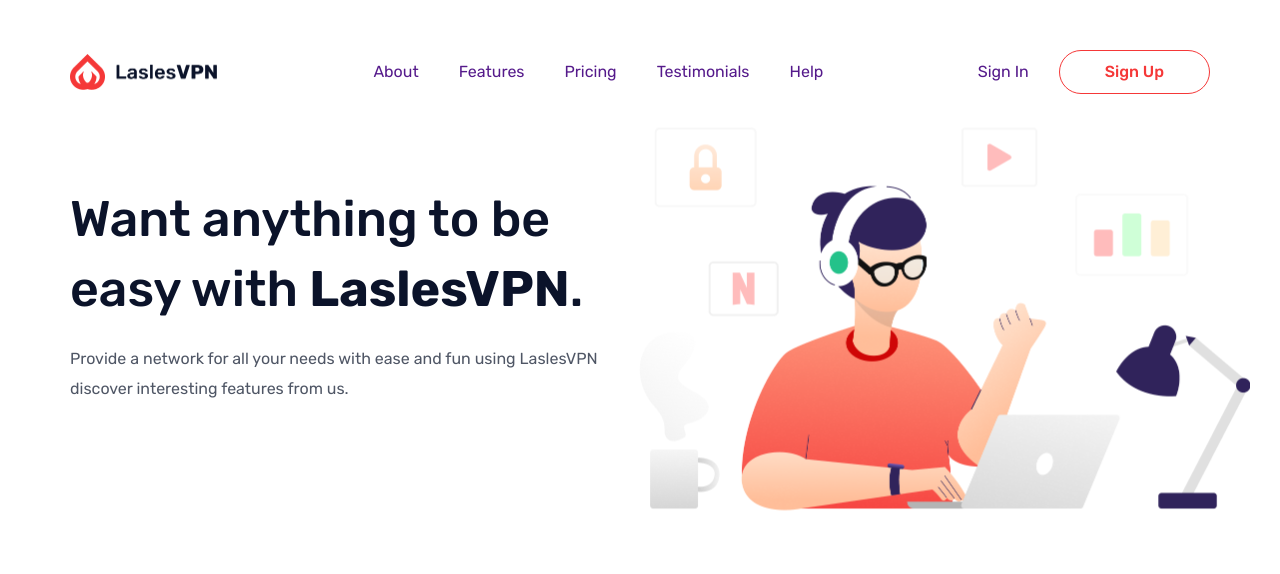
Repository: dangpham205/LaslesVPN-Landing-Page
Page: index.html
The author's editor kept a copy of each file at every save. The page is drawn from the files as they stood at one save, then again after the next save.
The browser window is 1280 px wide. The pictures show the whole page.

Above is the page before, as saved 2022-07-19 19:47:46.

### index.html
<!DOCTYPE html>
<html lang="en">
<head>
    <meta charset="UTF-8">
    <meta http-equiv="X-UA-Compatible" content="IE=edge">
    <meta name="viewport" content="width=device-width, initial-scale=1.0">
    <title>Lasles</title>
    <link rel="preconnect" href="https://fonts.googleapis.com" />
    <link rel="preconnect" href="https://fonts.gstatic.com" crossorigin />
    <link
      href="https://fonts.googleapis.com/css2?family=Rubik:wght@400;500;700&display=swap"
      rel="stylesheet"
    />
    <link rel="stylesheet" href="./assets/css/style.css">
</head>
<body>
    <div class="wrapper">

        <!-- Menu -->
        <header class="menu">
            <div class="container">
                <div class="menu__container">
                    <img srcset="./assets/img/logo.png 2x" alt="" class="menu__logo" />
                    <div class="menu__list">
                        <div class="menu__item">
                            <a href="" class="menu__item-link">About</a>
                        </div>
                        <div class="menu__item">
                            <a href="" class="menu__item-link">Features</a>
                        </div>
                        <div class="menu__item">
                            <a href="" class="menu__item-link">Pricing</a>
                        </div>
                        <div class="menu__item">
                            <a href="" class="menu__item-link">Testimonials</a>
                        </div>
                        <div class="menu__item">
                            <a href="" class="menu__item-link">Help</a>
                        </div>
                    </div>
                    <div class="menu__buttons">
                        <a href="" class="menu__button--sign-in">Sign In</a>
                        <a href="" class="button button--outline menu__button--sign-up">Sign Up</a>
                    </div>
                </div>
            </div>
        </header>

        <main>
            <section class="hero">
                <div class="container">
                    <div class="hero__container">
                        <div class="hero__content">
                            <h1 class="hero__title">Want anything to be easy with <strong>LaslesVPN</strong>.</h1>
                            <p class="hero__desc text">Provide a network for all your needs with ease and fun using LaslesVPN discover interesting features from us.</p>
                        </div>
                        <div class="hero__image">
                            <img srcset="./assets/img/hero.png 2x" alt="">
                        </div>
                    </div>
                </div>
            </section>
        </main>

    </div>
</body>
</html>

### assets/css/style.css
html {
  box-sizing: border-box;
}

* {
  margin: 0;
  padding: 0;
}

*,
*:before,
*:after {
  box-sizing: border-box;
}

input,
textarea,
select,
button {
  outline: none;
}

input {
  line-height: normal;
}

label,
button {
  cursor: pointer;
}

a {
  text-decoration: none;
}

img {
  display: block;
  max-width: 100%;
}

ul {
  list-style: none;
}

body {
  line-height: 1;
  font-family: "Rubik", sans-serif;
  color: #4f5665;
  font-weight: 400;
  background-color: white;
}

button {
  cursor: pointer;
  outline: none;
  border: none;
  font-family: "Rubik", sans-serif;
}

.wrapper {
  max-width: 100%;
  margin: 0 auto;
}

.container {
  max-width: 1140px;
  margin: 0 auto;
}

.button {
  display: inline-block;
  padding: 13px 45px;
  border-radius: 100rem;
  font-family: "Rubik", sans-serif;
  line-height: 1;
  font-size: 16px;
  cursor: pointer;
  border: none;
  outline: none;
  text-align: center;
  white-space: nowrap;
}
.button--primary {
  font-weight: 700;
  background-color: #f53838;
  color: white;
}
.button--outline {
  background-color: transparent;
  color: #f53838;
  font-weight: 500;
  border: 1px solid;
}
.button--rounded {
  border-radius: 10px;
  padding: 22px 65px;
}
.button--rectangle {
  border-radius: 10px;
  min-width: 250px;
}
.button--shadow {
  position: relative;
}
.button--shadow:after {
  content: "";
  position: absolute;
  top: 0;
  left: 50%;
  width: 90%;
  height: 100%;
  transform: translate(-50%, 50%);
  background-color: rgba(245, 56, 56, 0.35);
  filter: blur(20px);
  border-radius: inherit;
  z-index: -1;
}

.boxed {
  max-width: 555px;
  margin-left: auto;
  margin-right: auto;
  text-align: center;
}

@media screen and (max-width: 767px) {
  .button {
    padding: 13px 26px;
  }
  .container {
    padding: 0 20px;
  }
}
@media screen and (max-width: 1024px) {
  .container {
    padding: 0 40px;
  }
}
h1,
h2,
h3,
h4,
h5,
h6 {
  color: #0b132a;
  font-weight: bold;
}

.heading {
  font-weight: 500;
  font-size: 35px;
  line-height: 1.4285714286;
  margin-bottom: 20px;
}

.heading-small {
  font-weight: 500;
  font-size: 18px;
  margin-bottom: 5px;
  line-height: 1.6666666667;
}

.text {
  line-height: 1.875;
}

.text-medium {
  font-weight: 500;
}

.text-small {
  font-size: 14px;
  line-height: 2.1428571429;
}

@media screen and (max-width: 767px) {
  .heading {
    font-size: 30px;
  }
}
.menu {
  padding-top: 50px;
  padding-bottom: 90px;
}
.menu__container {
  display: flex;
  justify-content: space-between;
  align-items: center;
}
.menu__list {
  display: flex;
}
.menu__item + .menu__item {
  margin-left: 40px;
}
.menu__buttons {
  display: flex;
  align-items: center;
}
.menu__button--sign-in {
  margin-right: 30px;
}

@media screen and (max-width: 1023.98px) {
  .menu__list {
    display: none;
  }
}
.hero {
  padding-bottom: 100px;
}
.hero__container {
  display: flex;
  justify-content: space-between;
  align-items: center;
  gap: 0 40px;
  position: relative;
}
.hero__content {
  max-width: 555px;
  width: 100%;
  margin-right: 40px;
}
.hero__title {
  font-weight: 500;
  font-size: 50px;
  line-height: 1.4;
  color: #0b132a;
}
.hero__desc {
  margin: 20px 0 50px 0;
}
.hero__image {
  position: absolute;
  right: 0;
  top: 50%;
  transform: translate(40px, -50%);
}

.info {
  margin-bottom: 95px;
}
.info__container {
  display: grid;
  grid-template-columns: repeat(3, 1fr);
  border-radius: 10px;
  min-height: 200px;
  box-shadow: 0 30px 50px 20px rgba(13, 16, 37, 0.05);
}
.info__item {
  display: flex;
  justify-content: center;
  align-items: center;
  position: relative;
}
.info__item:nth-child(2)::after {
  content: "";
  position: absolute;
  height: 126px;
  border-left: 2px solid #EEEFF2;
  left: 0;
}
.info__item:nth-child(2)::before {
  content: "";
  position: absolute;
  height: 126px;
  border-left: 2px solid #EEEFF2;
  right: 0;
}
.info__item-text {
  margin-left: 36px;
}
.info__item-title {
  margin-bottom: 5px;
  font-size: 25px;
  font-weight: 700;
  line-height: 1.2;
}
.info__item-desc {
  font-size: 20px;
  font-weight: 400;
  line-height: 1.5;
}

.feature {
  padding-bottom: 130px;
}
.feature__container {
  display: flex;
  justify-content: space-between;
  align-items: flex-end;
  gap: 0 170px;
}
.feature__title {
  max-width: 380px;
}
.feature__desc {
  max-width: 430px;
  margin-bottom: 20px;
}
.feature__list {
  display: flex;
  flex-direction: column;
  gap: 21px;
}
.feature__item {
  display: flex;
}
.feature__item-icon {
  margin-right: 10px;
}
.feature__item-text {
  line-height: 30px;
}

.plan {
  padding: 80px 0 150px 0;
  background-color: #f8f8f8;
}
.plan__header {
  display: flex;
  flex-direction: column;
  align-items: center;
  justify-content: center;
}
.plan__desc {
  max-width: 555px;
  text-align: center;
  margin-bottom: 60px;
}
.plan__list {
  display: grid;
  grid-template-columns: repeat(3, 1fr);
  gap: 0 50px;
}
.plan__item {
  display: flex;
  flex-direction: column;
  justify-content: center;
  align-items: center;
  background-color: white;
  padding: 80px 70px 50px;
  border-radius: 10px;
  border: 2px solid #DDDDDD;
}
.plan__item-image {
  margin-bottom: 30px;
  margin-left: auto;
  margin-right: auto;
}
.plan__item-title {
  margin-bottom: 30px;
}
.plan__item-details {
  margin-bottom: 50px;
  display: flex;
  flex-direction: column;
  gap: 10px 0;
}
.plan__item-detail {
  display: flex;
  gap: 0 25px;
  font-weight: 400;
  font-size: 14px;
  line-height: 30px;
  align-items: center;
}
.plan__item-price {
  margin-top: auto;
  margin-bottom: 20px;
}
.plan__item--active, .plan__item:hover {
  border-color: #f53838;
}
.plan__item--active .plan__item-btn, .plan__item:hover .plan__item-btn {
  background-color: #f53838;
  color: white;
}

.location {
  background-color: #f8f8f8;
  padding-bottom: 50px;
}
.location__container {
  display: flex;
  flex-direction: column;
  align-items: center;
  text-align: center;
}
.location__title {
  max-width: 380px;
}
.location__desc {
  max-width: 555px;
  margin-bottom: 150px;
}
.location__partners {
  display: flex;
  align-items: center;
  justify-content: center;
  gap: 0 30px;
}

.comment {
  background-color: #f8f8f8;
  padding-bottom: 260px;
}
.comment__container {
  display: flex;
  flex-direction: column;
  align-items: center;
  text-align: center;
}
.comment__title {
  max-width: 445px;
}
.comment__desc {
  max-width: 555px;
  margin-bottom: 60px;
}
.comment .customer-list {
  display: grid;
  grid-template-columns: repeat(3, 1fr);
  gap: 0 50px;
}
.comment .customer-item {
  border: 2px solid #ddd;
  border-radius: 10px;
  padding: 30px;
  margin: 0 25px;
}
.comment .customer-item.slick-current.slick-active {
  border-color: #f53838;
}
.comment .customer-top {
  margin-bottom: 20px;
  display: flex;
  justify-content: space-between;
  align-items: center;
  gap: 0 110px;
}
.comment .customer-info {
  display: flex;
  align-items: center;
  gap: 0 20px;
}
.comment .customer-avatar {
  width: 50px;
  height: 50px;
}
.comment .customer-avatar img {
  width: 100%;
  height: 100%;
  object-fit: cover;
  border-radius: 100rem;
}
.comment .customer-name {
  line-height: 1.6666666667;
  margin-bottom: 5;
}
.comment .customer-address {
  line-height: 1;
  text-align: start;
}
.comment .customer-rating {
  display: flex;
  align-items: center;
  gap: 0 10px;
}
.comment .customer .slick-track {
  display: flex;
  padding-bottom: 60px;
}
.comment .customer .slick-arrow {
  width: 60px;
  height: 60px;
  border-radius: 100rem;
  display: flex !important;
  justify-content: center;
  align-items: center;
  position: absolute;
  bottom: 0;
  transform: translateY(50%);
  z-index: 10;
}
.comment .customer .slick-prev {
  border: 1px solid #f53838;
  background-color: transparent;
  right: 80px;
}
.comment .customer .slick-next {
  background-color: #f53838;
  right: 0;
}
.comment .customer .slick-dots {
  list-style-type: none;
  display: flex;
  align-items: center;
  gap: 0 15px;
  transform: translateY(50%);
}
.comment .customer .slick-dots button {
  font-size: 0;
  background-color: #dde0e4;
  width: 15px;
  height: 15px;
  border-radius: 100rem;
  transition: all 0.2s linear;
}
.comment .customer .slick-dots .slick-active button {
  background-color: #f53838;
  width: 45px;
}

.subscribe {
  background-color: #dde0e4;
}
.subscribe__container {
  position: relative;
  transform: translateY(-50%);
  margin-bottom: -140px;
  display: flex;
  justify-content: space-between;
  align-items: center;
  padding: 58.5px 70px;
  border-radius: 10px;
  background-color: white;
}
.subscribe__title {
  max-width: 370px;
  font-size: 35px;
  line-height: 45px;
  font-weight: 500;
  color: #0b132a;
}
.subscribe__desc {
  line-height: 1;
}

footer {
  padding-top: 70px;
  padding-bottom: 100px;
  background-color: #dde0e4;
}

.footer__container {
  display: flex;
  justify-content: space-between;
  gap: 0 230px;
}
.footer__desc {
  width: 340px;
  line-height: 1.875;
  margin: 20px 0 30px 0;
}
.footer__copyright {
  color: #AFB5C0;
  font-weight: 500;
}
.footer__contacts {
  display: flex;
}
.footer__menu {
  display: flex;
  gap: 0 126px;
}
.footer__category {
  display: flex;
  flex-direction: column;
  gap: 10px 0;
}
.footer__category-title {
  font-size: 18px;
  margin-bottom: 10px;
  line-height: 1.6666666667;
}
.footer__category-option {
  width: max-content;
  font-size: 16px;
  line-height: 1.875;
}

/*# sourceMappingURL=style.css.map */

After the next save:
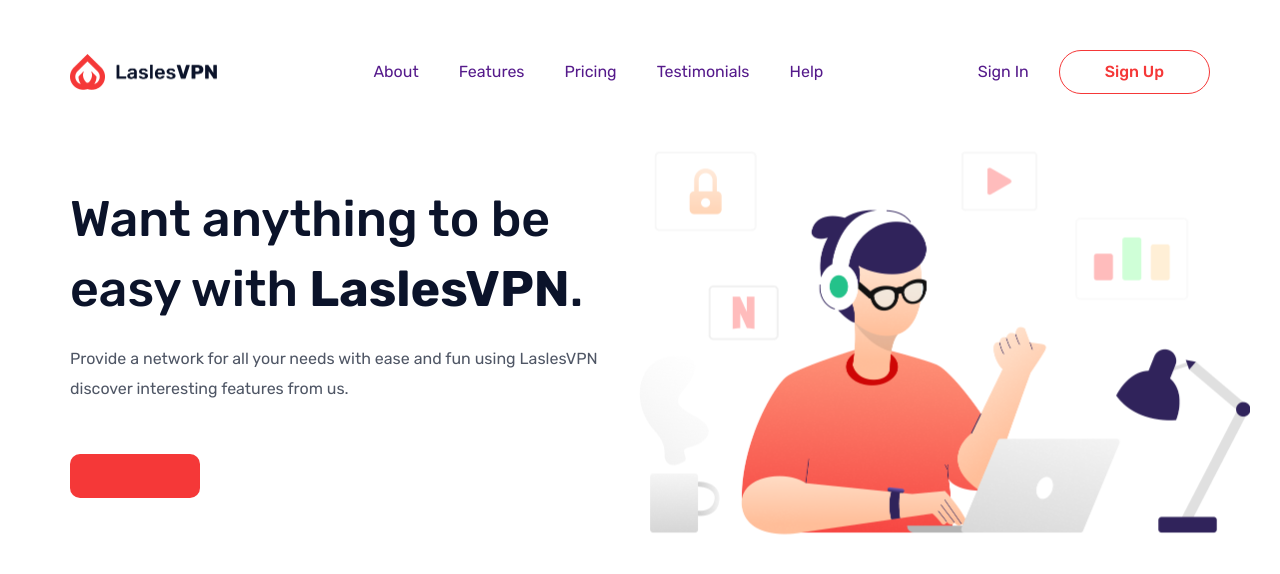
Saved 23 s later.
--- a/index.html
+++ b/index.html
@@ -53,6 +53,7 @@
                         <div class="hero__content">
                             <h1 class="hero__title">Want anything to be easy with <strong>LaslesVPN</strong>.</h1>
                             <p class="hero__desc text">Provide a network for all your needs with ease and fun using LaslesVPN discover interesting features from us.</p>
+                            <a href="" class="button button--primary button--rounded"></a>
                         </div>
                         <div class="hero__image">
                             <img srcset="./assets/img/hero.png 2x" alt="">
